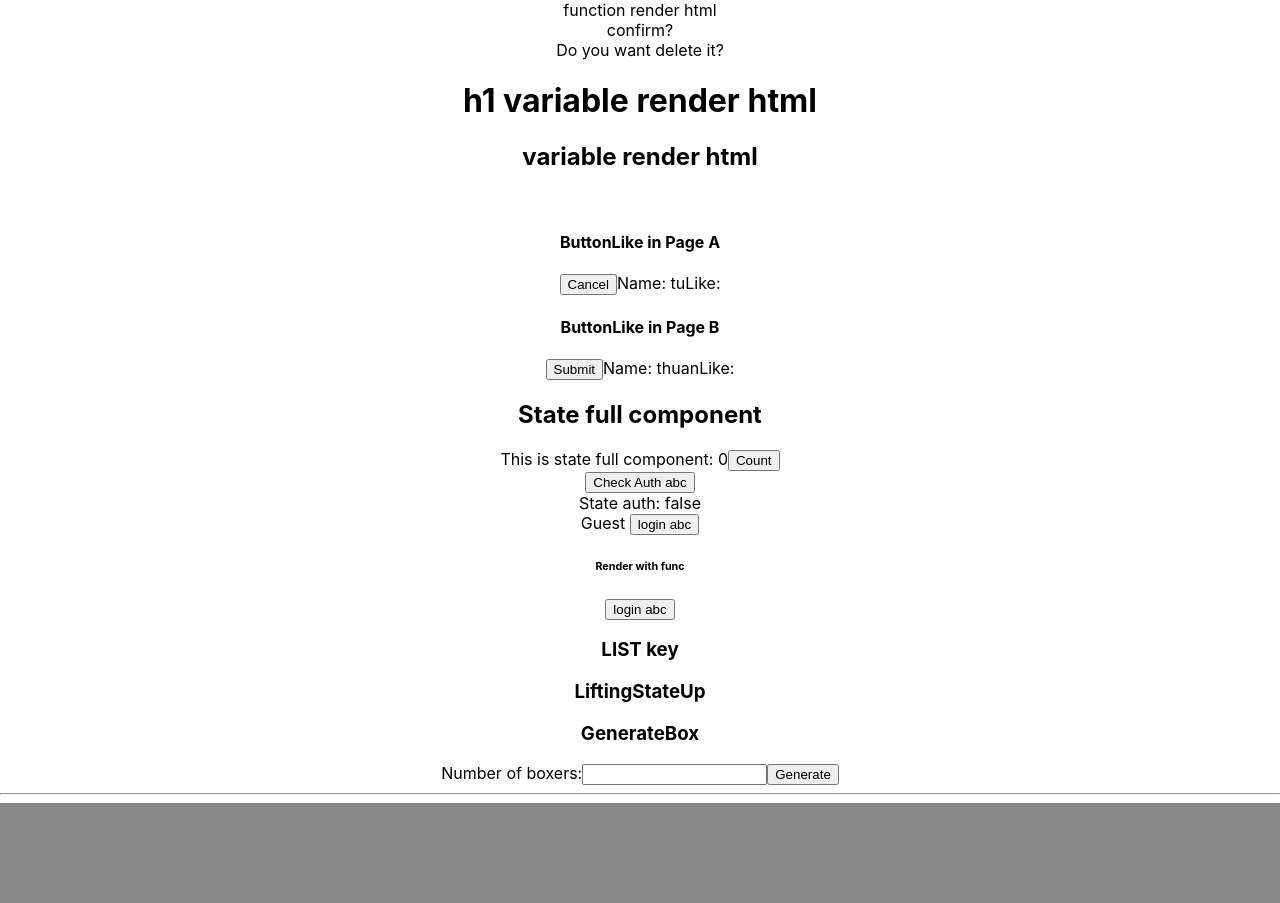
Repository: HoangTu18/reactjs-exercise
Page: /
An editor plug-in stored every save of this project. The page is shown before and after the next save, followed by the edit.
The browser window is 1280 px wide. The pictures show the whole page.
The project was rebuilt for these pictures with package versions that can differ from the ones it lists, and the page was loaded fresh each time. Also part of the build but not shown: src/pages/StateObject.jsx, src/components/TodoItem.jsx, src/components/TodoList.jsx, src/exercise/LiftingStateUp.jsx.

Above is the page before, as saved 2022-05-28 17:10:48.

After the next save:
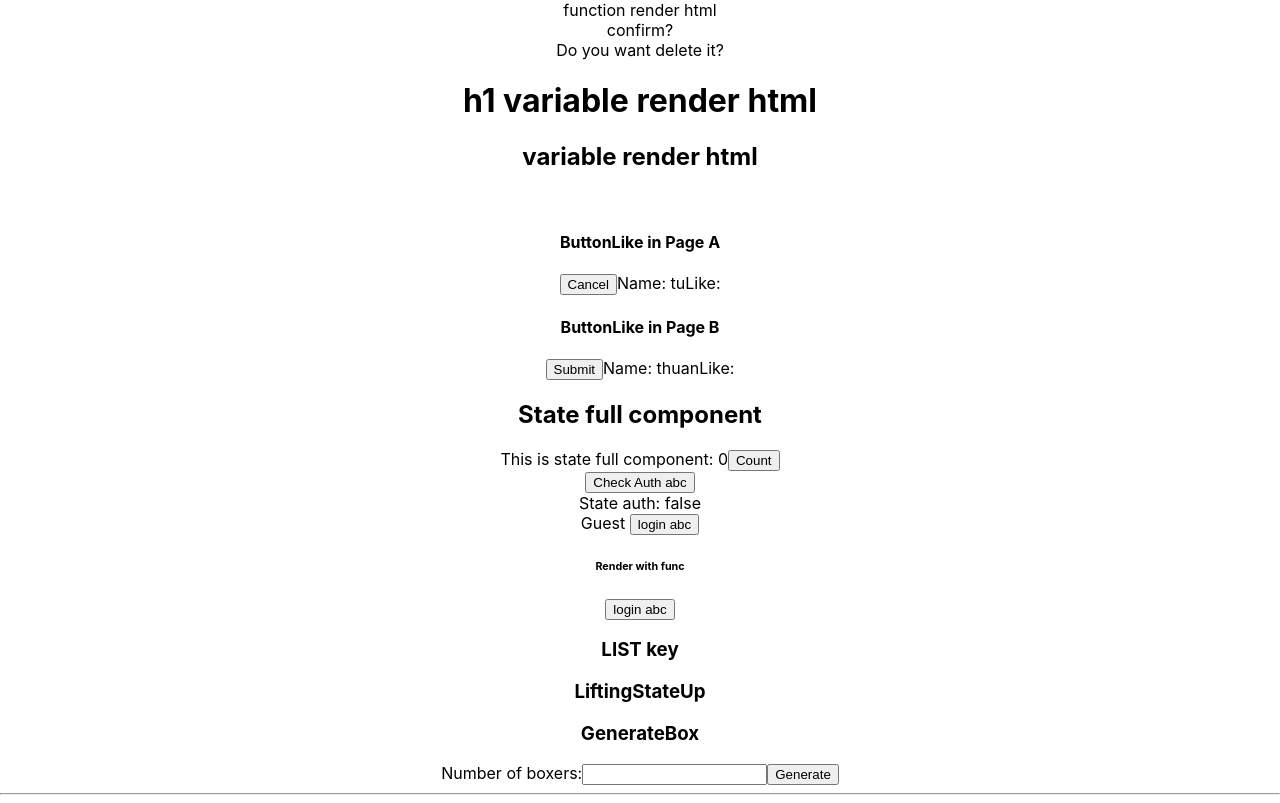
Saved 11 s later.
--- a/src/components/GenerateBox/GenerateBoxItem.jsx
+++ b/src/components/GenerateBox/GenerateBoxItem.jsx
@@ -7,7 +7,7 @@ function GenerateBoxItem(props) {
       <input type="number" />
       <button>Generate</button>
       <hr />
-      <div style={{ padding: "50px", backgroundColor: "#888" }}></div>
+      <div style={{ width: "50px", backgroundColor: "#888" }}></div>
     </div>
   );
 }
